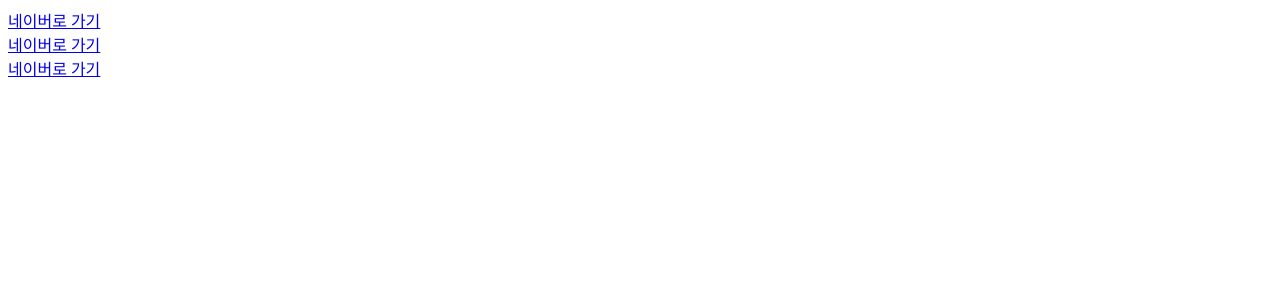
Repository: AkaKSR/Java_Convergence_New
Page: HTML0826/WebContent/Ex08.html
An editor plug-in stored every save of this project. The page is shown before and after the next save, followed by the edit.
The browser window is 1280 px wide. The pictures show the whole page.

Above is the page before, as saved 2019-08-26 08:04:56.

### HTML0826/WebContent/Ex08.html
<!DOCTYPE html>
<html>
<head>
<meta charset="UTF-8">
<title>Insert title here</title>
</head>
<body>
	<a href="https://www.naver.com/" title="네이버로 이동">네이버로 가기</a> <br>
	<a href="https://www.naver.com/" title="네이버로 이동" target="_blank">네이버로 가기</a> <br>
	<a href="#" title="네이버로 이동">네이버로 가기</a>
</body>
</html>

After the next save:
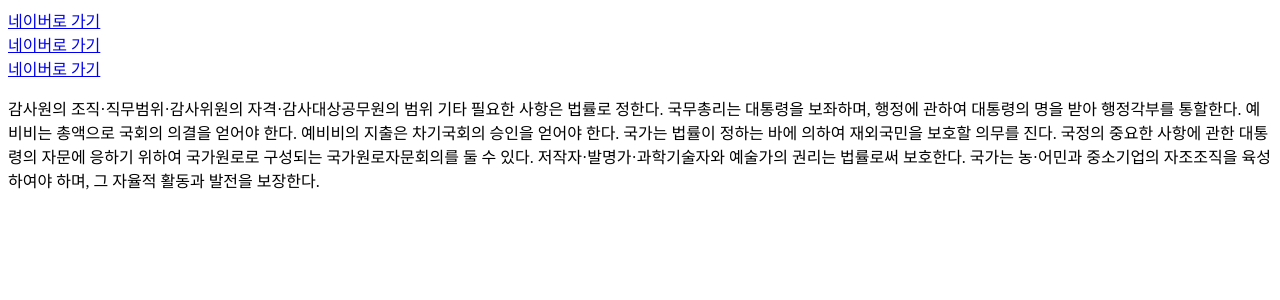
Saved 50 s later.
--- a/HTML0826/WebContent/Ex08.html
+++ b/HTML0826/WebContent/Ex08.html
@@ -5,8 +5,16 @@
 <title>Insert title here</title>
 </head>
 <body>
-	<a href="https://www.naver.com/" title="네이버로 이동">네이버로 가기</a> <br>
-	<a href="https://www.naver.com/" title="네이버로 이동" target="_blank">네이버로 가기</a> <br>
+	<a href="https://www.naver.com/" title="네이버로 이동">네이버로 가기</a>
+	<br>
+	<a href="https://www.naver.com/" title="네이버로 이동" target="_blank">네이버로
+		가기</a>
+	<br>
 	<a href="#" title="네이버로 이동">네이버로 가기</a>
+	<p>감사원의 조직·직무범위·감사위원의 자격·감사대상공무원의 범위 기타 필요한 사항은 법률로 정한다. 국무총리는 대통령을
+		보좌하며, 행정에 관하여 대통령의 명을 받아 행정각부를 통할한다. 예비비는 총액으로 국회의 의결을 얻어야 한다. 예비비의
+		지출은 차기국회의 승인을 얻어야 한다. 국가는 법률이 정하는 바에 의하여 재외국민을 보호할 의무를 진다. 국정의 중요한 사항에
+		관한 대통령의 자문에 응하기 위하여 국가원로로 구성되는 국가원로자문회의를 둘 수 있다. 저작자·발명가·과학기술자와 예술가의
+		권리는 법률로써 보호한다. 국가는 농·어민과 중소기업의 자조조직을 육성하여야 하며, 그 자율적 활동과 발전을 보장한다.</p>
 </body>
 </html>
